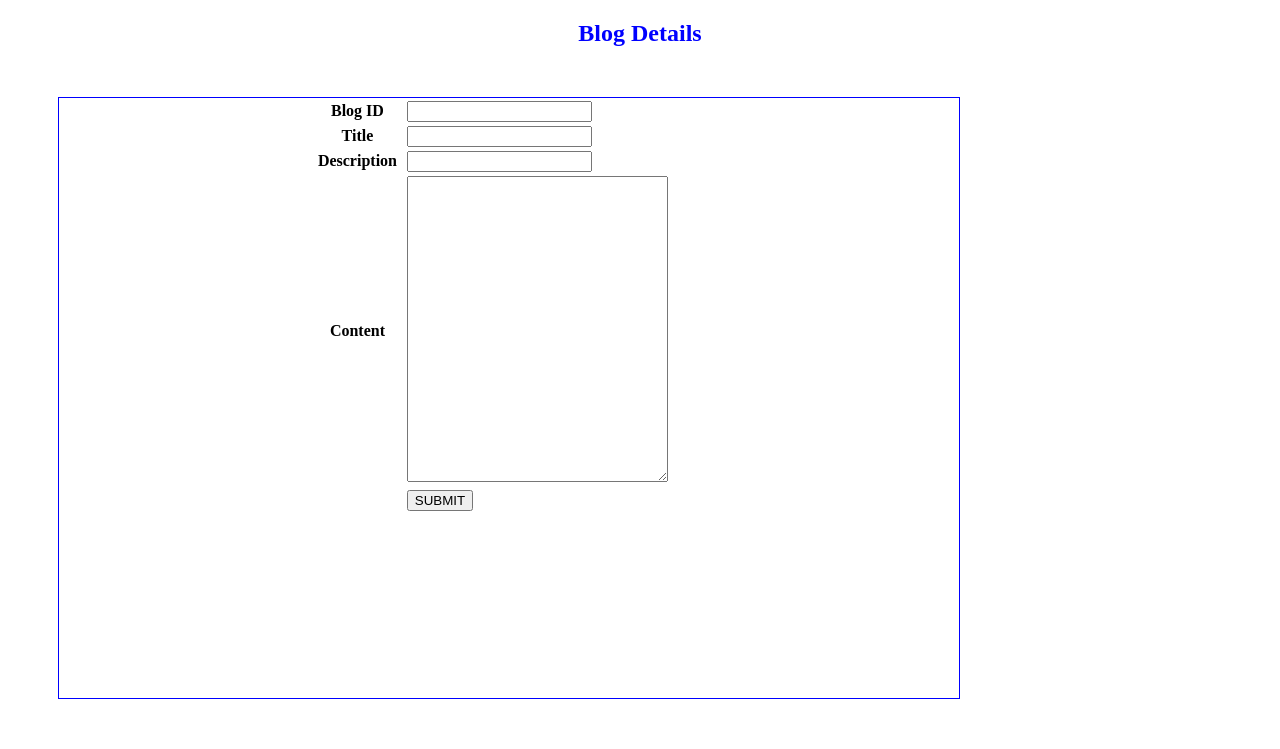
Repository: choubeyshubham018/CompleteJavaQuestions
Page: http://localhost/Ques_17_ServletBlogApplication/blog.jsp
The author's editor kept a copy of each file at every save. The page is drawn from the files as they stood at one save, then again after the next save.
The browser window is 1280 px wide. The pictures show the whole page.
The page is served by Tomcat 9.

Above is the page before, as saved 2023-09-19 07:28:28.

After the next save:
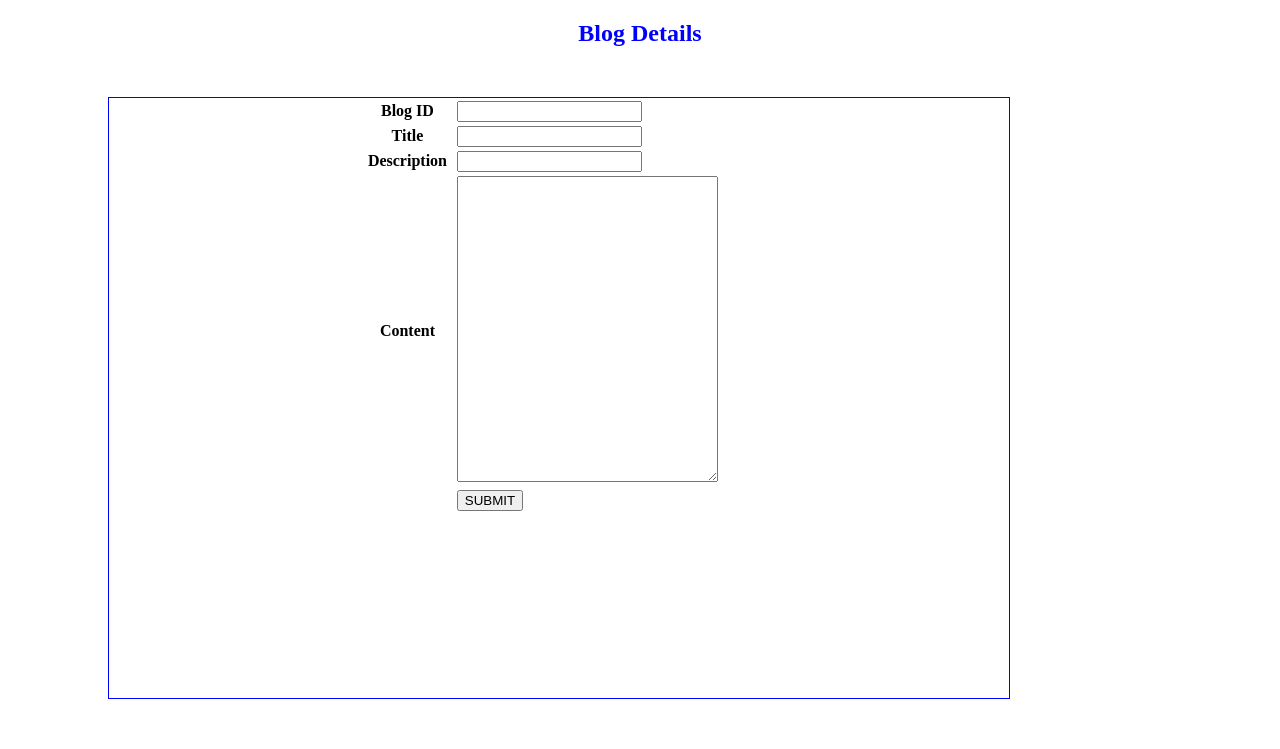
Saved 29 s later.
--- a/Servlet Assignment/Ques_17_ServletBlogApplication/src/main/webapp/blog.jsp
+++ b/Servlet Assignment/Ques_17_ServletBlogApplication/src/main/webapp/blog.jsp
@@ -8,7 +8,7 @@
 </head>
 <body>
 <h2 style="text-align: center; color: blue;"> Blog Details</h2>
-<div style="border: 1px solid; padding: 10 px;  border-color: blue;height: 600px; width: 900px; margin: 50px;">
+<div style="border: 1px solid; padding: 10 px;  border-color: blue;height: 600px; width: 900px; margin: 50px; margin-left: 100px;">
 <form action="/blog" method="post">
 <table align="center" width="400 px">
 <tr>
